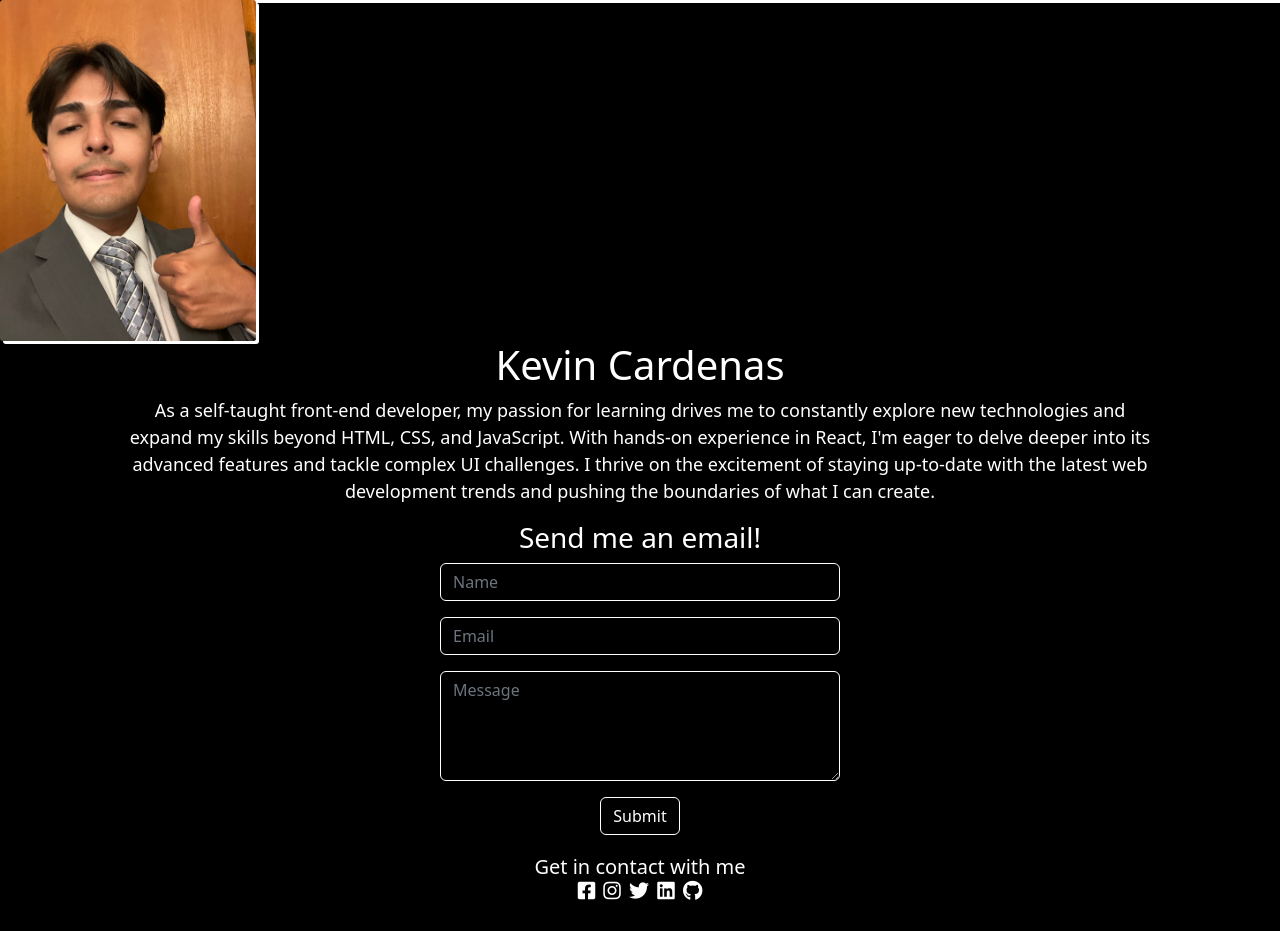
Repository: elqueben/elqueben.github.io
Page: public/index.html
An editor plug-in stored every save of this project. The page is shown before and after the next save, followed by the edit.
The browser window is 1280 px wide. The pictures show the part of the page from y = 180 to 1111 px (the page is 1111 px tall before and 1026 px after).

Above is the page before, as saved 2023-06-20 13:32:06.

### public/index.html
<!DOCTYPE html>
<html lang="en">
<head>
  <meta charset="UTF-8">
  <meta name="viewport" content="width=device-width, initial-scale=1.0">
  <link rel="stylesheet" href="https://cdnjs.cloudflare.com/ajax/libs/font-awesome/6.4.0/css/all.min.css" integrity="sha512-iecdLmaskl7CVkqkXNQ/ZH/XLlvWZOJyj7Yy7tcenmpD1ypASozpmT/E0iPtmFIB46ZmdtAc9eNBvH0H/ZpiBw==" crossorigin="anonymous" referrerpolicy="no-referrer" />
  <link rel="stylesheet" href="https://cdn.jsdelivr.net/npm/bootstrap@5.2.3/dist/css/bootstrap.min.css" integrity="sha384-rbsA2VBKQhggwzxH7pPCaAqO46MgnOM80zW1RWuH61DGLwZJEdK2Kadq2F9CUG65" crossorigin="anonymous">
  <link rel="stylesheet" href="styles.css">
  <title>elqueben</title>
</head>
<body>
  <div id="pfp-container">
    <div>
    <img id="wallpaper" src="manga.png" alt="Wallpaper Image">
    </div>
    <div>
    <img id="pfp" src="me.jpg" alt="Profile Picture">
    </div>
  </div>
  <div id="text">
  <h1 class="text-center">Kevin Cardenas</h1>
  <p class="text-center">As a self-taught front-end developer, my passion for learning drives me to constantly explore new technologies and expand my skills beyond HTML, CSS, and JavaScript. With hands-on experience in React, I'm eager to delve deeper into its advanced features and tackle complex UI challenges. I thrive on the excitement of staying up-to-date with the latest web development trends and pushing the boundaries of what I can create.</p>
  </div>
  <div>
    <div>
      <h3 class="text-center">Send me an email!</h3>
      <form class="my-form">
        <div class="inputs mb-3">
          <input type="text" name="name" class="form-control" placeholder="Name">
        </div>
        <div class="inputs mb-3">
          <input type="email" name="email" class="form-control" placeholder="Email">
        </div>
        <div class="inputs mb-3">
          <textarea class="form-control" rows="4" placeholder="Message"></textarea>
        </div>
        <div class="text-center">
          <button type="submit" class="btn">Submit</button>
        </div>
      </form>
    </div>
  </div>
  <div class="footer text-center">
    <h5>Get in contact with me
      <div id="icons">
      <a href="https://www.facebook.com/eselqueben/" target="_blank"><i class="fa fa-brands fa-square-facebook"></i></a>
      <a href="https://www.instagram.com/elqueben/" target="_blank"><i class="fa fa-brands fa-instagram"></i></a>
      <a href="https://twitter.com/eselqueben" target="_blank"><i class="fa fa-brands fa-twitter"></i></a>
      <a href="https://www.linkedin.com/in/elqueben/" target="_blank"><i class="fa fa-brands fa-linkedin"></i></a>
      <a href="https://github.com/elqueben" target="_blank"><i class="fa fa-brands fa-github"></i></a>
      </div>
    </h5>
  </div>
</body>
</html>

### public/styles.css
#text {
    padding-left: 10%;
    padding-right: 10%;
    border-radius: 5px;
    font-size: large;
}

body {
    background-color: #000;
    color: #fff;
    margin: 0;
    padding: 0;
}

#wallpaper {
    width: 100vw;
    height: 25vh;
    border-radius: 3px;
    box-shadow: 3px 3px #fff;
    object-fit: cover;
}

#pfp {
    width: 20%;
    border-radius: 3px;
    box-shadow: 3px 3px #fff;

}

.my-form {
    max-width: 400px;
    margin: 0 auto;
}

.form-control {
    background-color: #000;
    border: 1px solid #fff;
    color: #fff;
}

.btn {
    background-color: #000;
    border-color: #fff;
    color: #fff;
}

.btn:hover {
    background-color: #333;
    border-color: #fff;
    color: #fff;
}

.btn:active {
    background-color: #333;
    transform: translateY(2px);
}

.fa {
    color: #fff;
    margin: 1.5px;
}

.fa:hover {
    color: #333;
}

.footer {
    background-color: #000;
    color: #fff;
    padding: 20px;
    text-align: center;
}

#icons {
    justify-content: space-between;
}

After the next save:
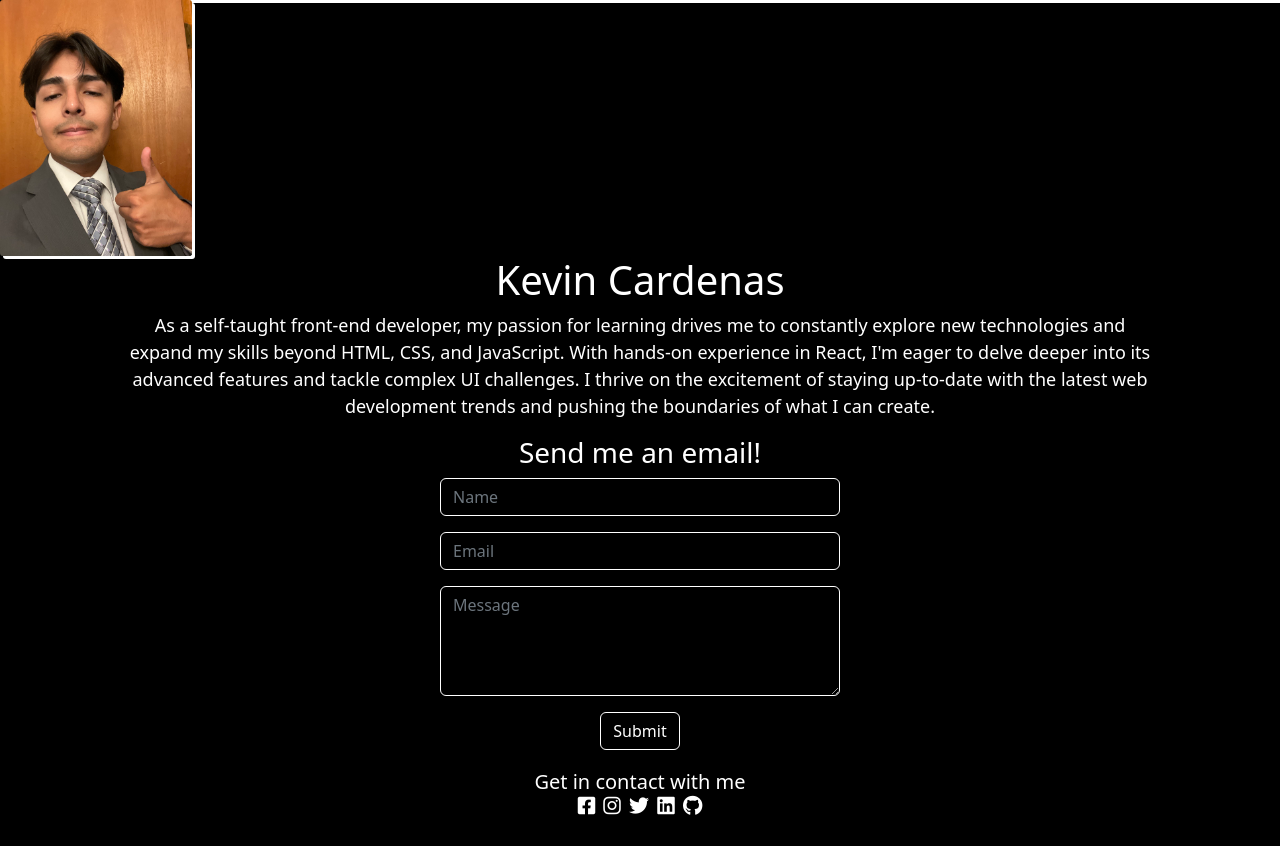
Saved 22 s later.
--- a/public/styles.css
+++ b/public/styles.css
@@ -21,7 +21,7 @@ body {
 }
 
 #pfp {
-    width: 20%;
+    width: 15%;
     border-radius: 3px;
     box-shadow: 3px 3px #fff;
 
